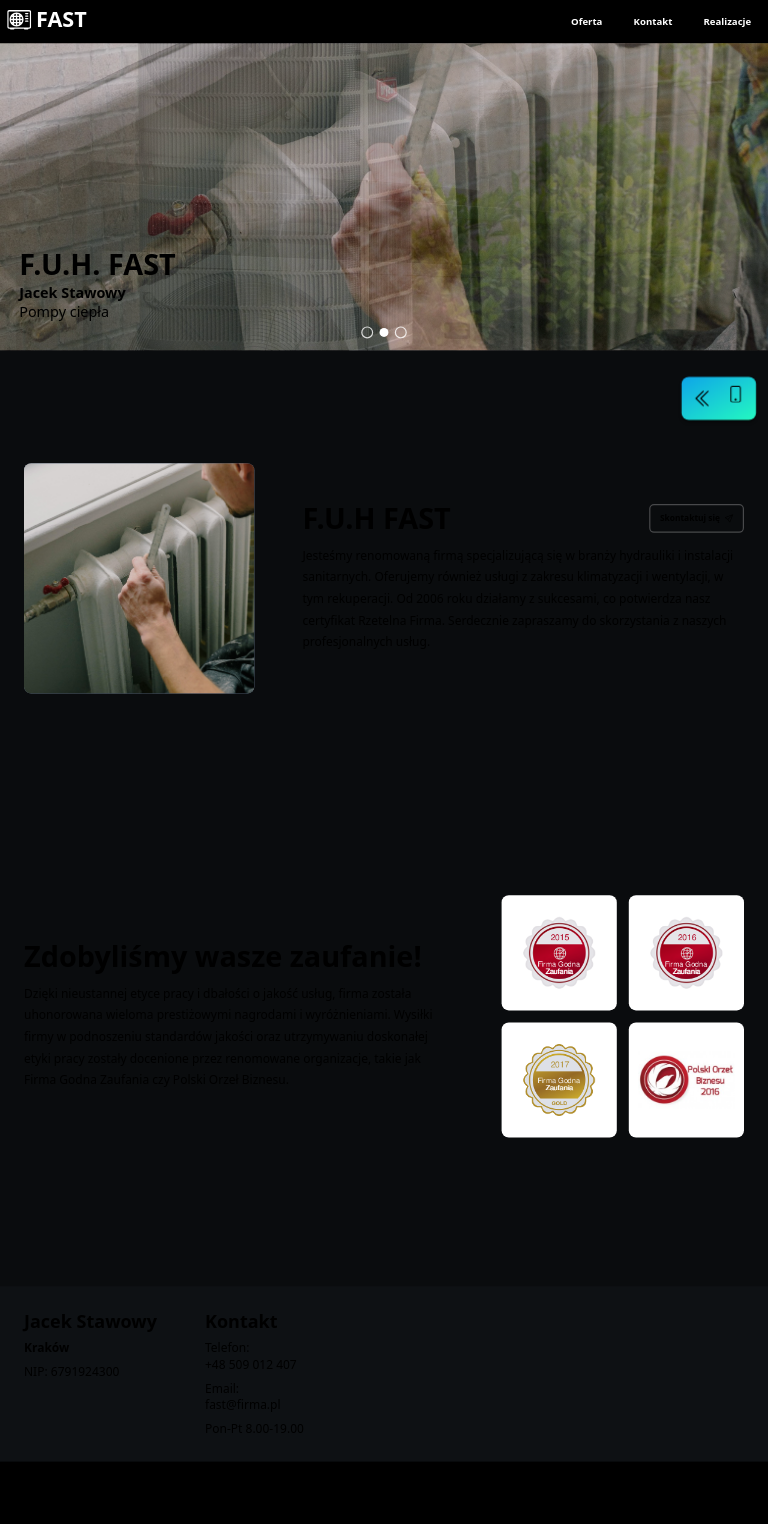
Repository: piotrokrutniak/Fast-CompanyWebsite
Page: /
The author's editor kept a copy of each file at every save. The page is drawn from the files as they stood at one save, then again after a run of saves.
The browser window is 1280 px wide. The pictures show the whole page, at 60% of full size.
The project was rebuilt for these pictures with package versions that can differ from the ones it lists, and the page was loaded fresh each time. The framework's server and built-in components were replaced by stand-ins that run in the browser. Also part of the build but not shown: next.config.js, src/app/components/common/carousel.js.

Above is the page before, as saved 2023-10-22 11:55:42.

After the next 4 saves:
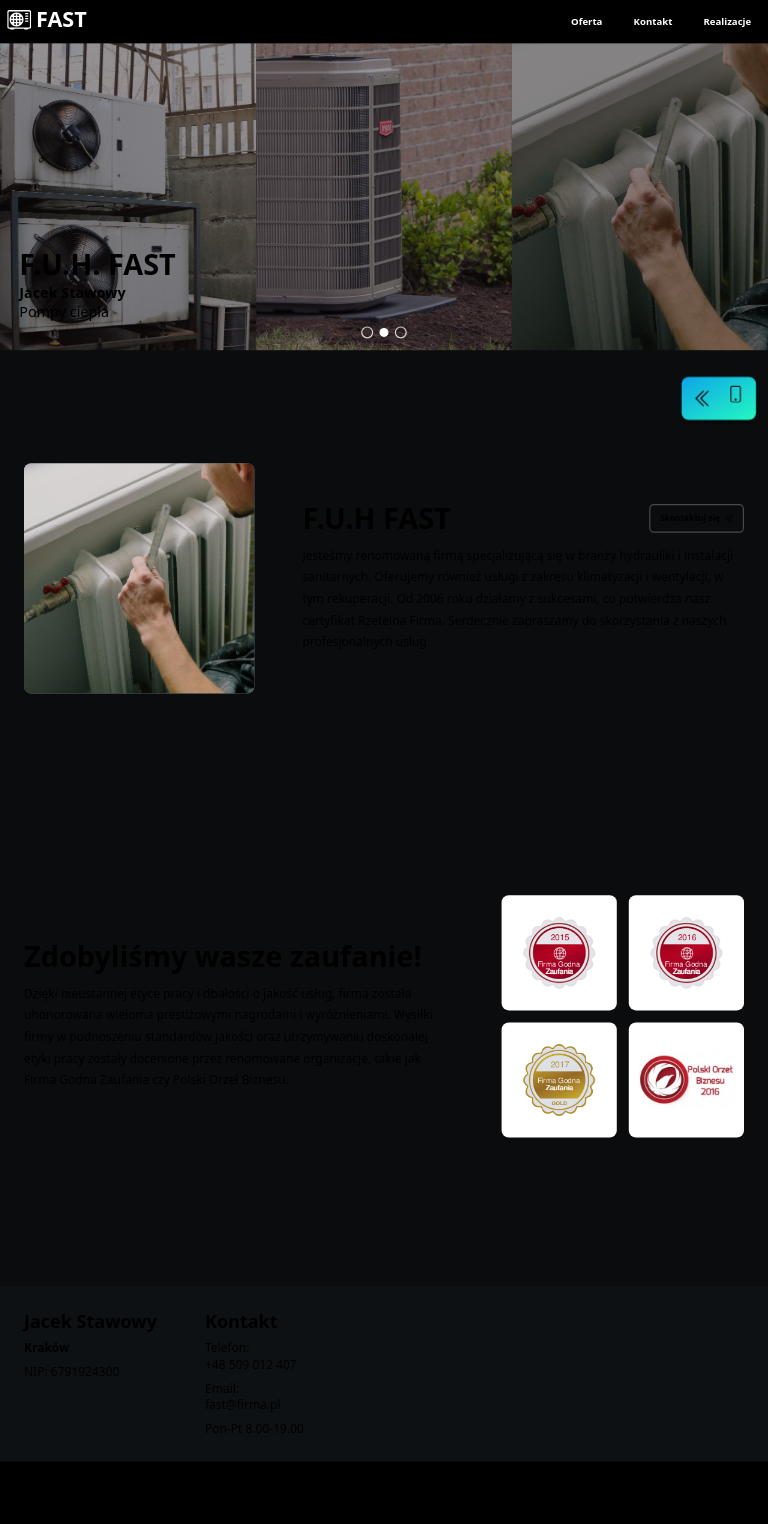
The 4 saves are shown as one change because they came seconds apart.
The last was saved 19 s later.
--- a/src/app/components/common/carouselSlider.js
+++ b/src/app/components/common/carouselSlider.js
@@ -86,7 +86,7 @@ export function CarouselSlider({slides}){
 function CarouselPanel({image, index}){
     const offset = index * 100
     return (
-        <div className={`w-full h-full absolute left-[${offset}%] `}>
+        <div className={`w-full h-full relative left-[${offset}%] `}>
             <Image src={image.img} alt={image.desc} layout='fill' objectFit='cover' className="h-full opacity-60"/>
         </div>
         )
